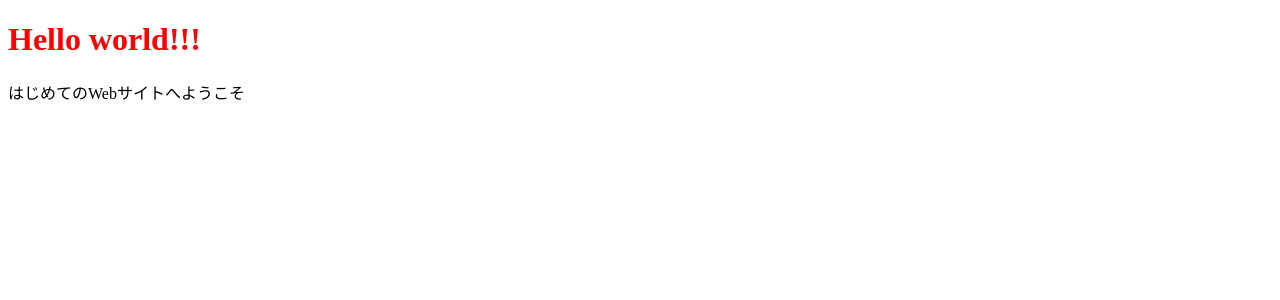
Repository: Masuda-221/Heroku
Page: html/index.html
The author's editor kept a record of every edit. The page is drawn from the files as they stood at one moment, then again after the next edit.
The browser window is 1280 px wide. The pictures show the whole page.

Above is the page before.

### html/index.html
<!DOCTYPE HTML>
<html>
<head>
    <meta charset="UTF-8" />
    <title>tech boost</title>

    <style>
        h1 {
            color: red;
        }
    </style>
</head>
 <body>
     <h1 id="title">Hello world!!!</h1>
     <p>はじめてのWebサイトへようこそ</p>
 </body>
 </html>

### html/css/style.css
body {
  background-color: #efefef;
  font-size: 14px;
  color: #333;
  margin: 0;
}

h1,h2,h3,h4,h5, {
    margin: 0 0 10px 0;
    padding: 0;
}

header {
  margin-top: 20px;
}

.container {
  width: 920px;
  margin: 0 auto 40px auto;
}

.header-title-area {
  margin-top: 40px;
  margin-bottom: 30px;
}

.logo {
  font-size: 32px;
}
.text-sub {
  color: #777;
}

After the next edit:
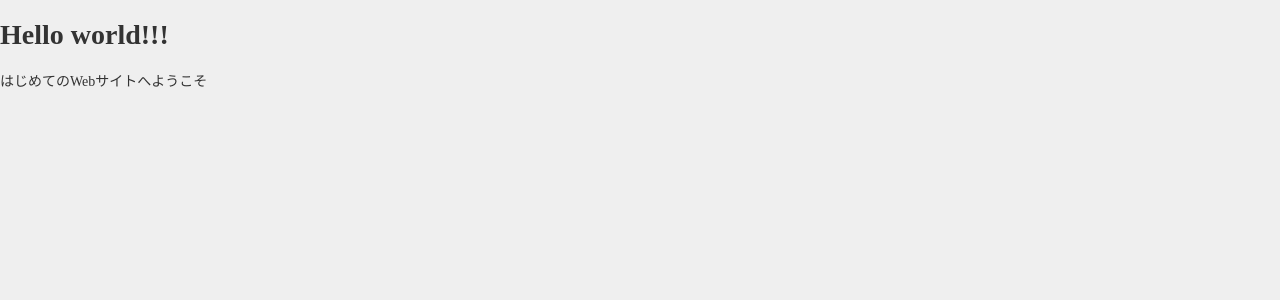
The edit:
--- a/html/index.html
+++ b/html/index.html
@@ -4,11 +4,7 @@
     <meta charset="UTF-8" />
     <title>tech boost</title>
 
-    <style>
-        h1 {
-            color: red;
-        }
-    </style>
+    <link rel="stylesheet" href="css/style.css">
 </head>
  <body>
      <h1 id="title">Hello world!!!</h1>
